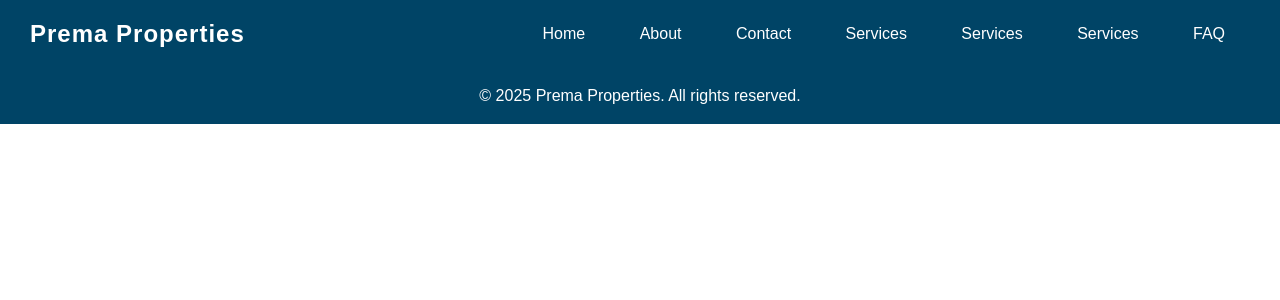
Repository: mnqobiMenzi/Prema-Properties
Page: appointment.html
An editor plug-in stored every save of this project. The page is shown before and after a run of saves, followed by the edit.
The browser window is 1280 px wide. The pictures show the whole page.

Above is the page before, as saved 2025-10-04 09:06:02.

### appointment.html
<!DOCTYPE html>
<html lang="en">
<head>
  <meta charset="UTF-8">
  <meta name="viewport" content="width=device-width, initial-scale=1.0">
  <title>Prema Properties</title>
  <link rel="stylesheet" href="CSS/style.css">
</head>
<body>

  <!-- Header / Navigation -->
  <header>
    <div class="logo">Prema Properties</div>
    <nav>
      <a href="index.html">Home</a>
      <a href="about-us.html">About</a>
      <a href="contact-us.html">Contact</a>
      <a href="services.html">Services</a>
      <a href="appointment.html">Services</a>
      <a href="quote.html">Services</a>
      <a href="FAQ.html">FAQ</a>
    </nav>
  </header>


  <!-- Footer -->
  <footer>
    <p>© 2025 Prema Properties. All rights reserved.</p>
  </footer>

</body>
</html>

### CSS/style.css
* {
  margin: 0;
  padding: 0;
  box-sizing: border-box;
  font-family: Arial, sans-serif;
}

body {
  line-height: 1.6;
  color: #333;
}

/* Header */
header {
  position: sticky;
  top: 0;
  display: flex;
  justify-content: space-between;
  align-items: center;
  padding: 15px 30px;
  background: #004466;
  color: #fff;
  z-index: 1000;
}
header .logo {
  font-size: 1.5em;
  font-weight: 700;
  font-family: 'Poppins', sans-serif;
  color: #fff;
  letter-spacing: 1px;
  display: flex;
  align-items: center;
}
header nav a {
  margin: 0 10px;
  color: #fff;
  padding: 8px 15px;
  border-radius: 5px;
  text-decoration: none;
  font-weight: 500;
  font-family: 'Poppins', sans-serif;
  transition: color 0.3s ease, border-bottom 0.3s ease;
}

header nav a:hover {
  color: #fff;
  background: rgba(128, 128, 128, 0.3);
  padding-bottom: 3px;
  border: 3px solid #004466;
}
/* Active link */
header nav a.active {
  background: rgba(128, 128, 128, 0.3);
  font-weight: bold;
  color: rgb(189, 189, 114);
}
/* Hero */
.hero {
  background: url('https://source.unsplash.com/1600x600/?house,property') no-repeat center center/cover;
  color: white;
  text-align: center;
  padding: 100px 20px;
}
.hero h1 {
  font-size: 2.5em;
}
.hero .btn {
  display: inline-block;
  margin-top: 20px;
  padding: 10px 20px;
  background: #ff6600;
  color: white;
  border-radius: 5px;
  text-decoration: none;
}
.hero .btn:hover {
  background: #cc5200;
}

/* Sections */
section {
  padding: 50px 20px;
  text-align: center;
}
.services .service-list {
  display: grid;
  grid-template-columns: repeat(auto-fit, minmax(200px, 1fr));
  gap: 20px;
  margin-top: 20px;
}
.service {
  background: #f4f4f4;
  padding: 20px;
  border-radius: 10px;
}

/* Contact */
.contact form {
  display: flex;
  flex-direction: column;
  max-width: 400px;
  margin: auto;
}
.contact input, .contact textarea {
  margin-bottom: 15px;
  padding: 10px;
  border: 1px solid #ddd;
  border-radius: 5px;
}
.contact button {
  padding: 10px;
  border: none;
  background: #004466;
  color: white;
  cursor: pointer;
  border-radius: 5px;
}
.contact button:hover {
  background: #00334d;
}

/* Footer */
footer {
  background: #004466;
  color: #fff;
  text-align: center;
  padding: 15px;
}

After the next 2 saves:
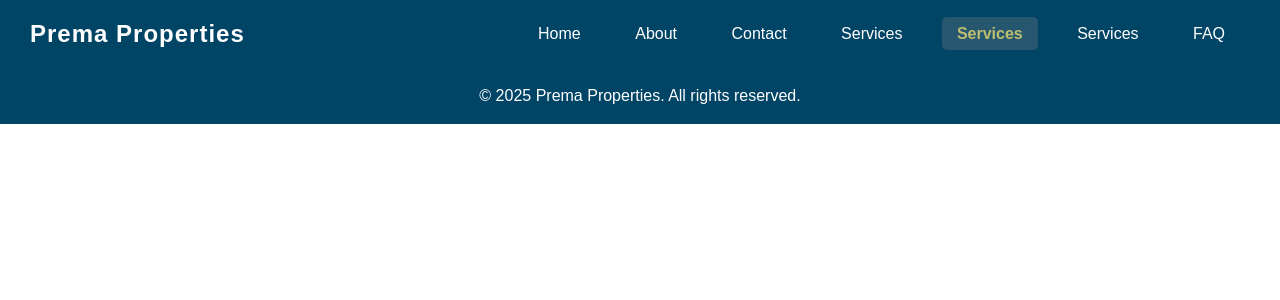
The 2 saves are shown as one change because they came seconds apart.
The last was saved 7 s later.
--- a/appointment.html
+++ b/appointment.html
@@ -16,7 +16,7 @@
       <a href="about-us.html">About</a>
       <a href="contact-us.html">Contact</a>
       <a href="services.html">Services</a>
-      <a href="appointment.html">Services</a>
+      <a href="appointment.html" class="active">Services</a>
       <a href="quote.html">Services</a>
       <a href="FAQ.html">FAQ</a>
     </nav>
